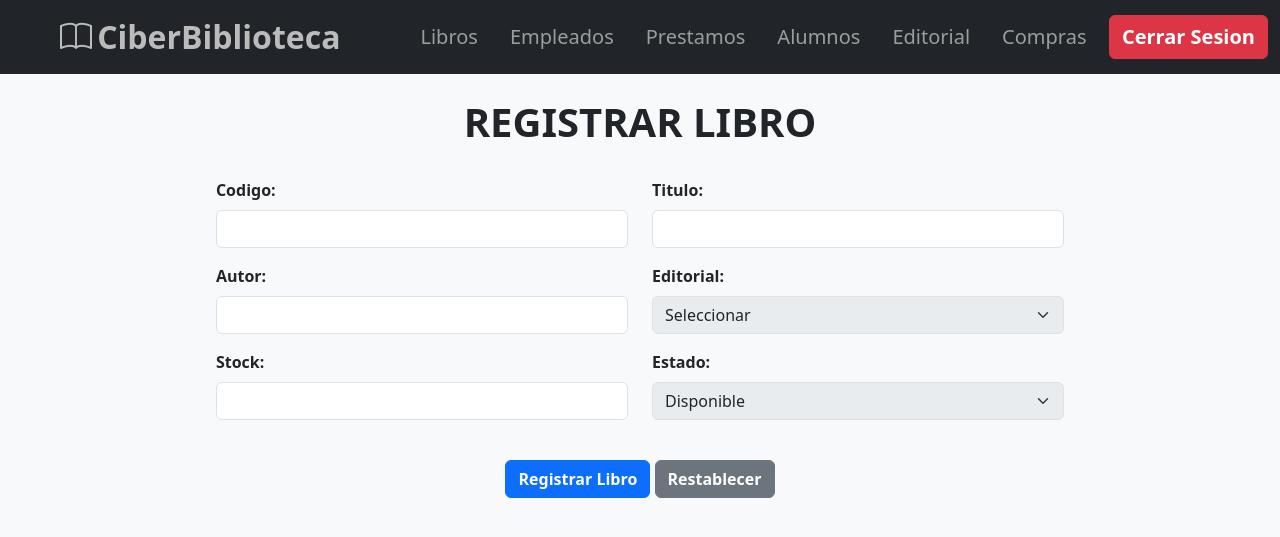
Repository: WilmerOcampo/LP1_Biblioteca
Page: http://localhost/Proyecto/registrarLibro.jsp
An editor plug-in stored every save of this project. The page is shown before and after the next save, followed by the edit.
The browser window is 1280 px wide. The pictures show the whole page.
The page is served by Tomcat 10. Other server files are loaded and not shown.

Above is the page before, as saved 2023-06-01 03:24:40.

### Proyecto/src/main/webapp/registrarLibro.jsp
<%@ page language="java" contentType="text/html; charset=ISO-8859-1"
    pageEncoding="ISO-8859-1"%>
<!DOCTYPE html>
<html>
<head>
<meta charset="ISO-8859-1">
<title>Registrar Libro</title>
<link href="https://cdn.jsdelivr.net/npm/bootstrap@5.3.0-alpha3/dist/css/bootstrap.min.css" rel="stylesheet">
<link rel="stylesheet" href="https://cdn.jsdelivr.net/npm/bootstrap-icons@1.8.1/font/bootstrap-icons.css">
</head>

<body class="bg-light">

    <!-- Inicio del menu -->
      <nav class="navbar navbar-expand-md navbar-dark bg-dark">
        <div class="container-fluid">

        <!-- icono o nombre -->
        <a class="navbar-brand" href="#" style="padding-left: 3rem; padding-right: 3rem;">
            <i class="bi bi-book" style="font-size: 2rem; color:#bbb"></i>
            <span style="font-size: 2rem; color:#bbb"><b>CiberBiblioteca</b></span>
          </a>

        <!-- boton del menu -->
        <button class="navbar-toggler" type="button" data-bs-toggle="collapse" data-bs-target="#menu" aria-controls="navbarSupportedContent" aria-expanded="false" aria-label="Toggle navigation">
            <span class="navbar-toggler-icon"></span>
        </button>

          <!-- elementos del menu colapsable -->
        <div class="collapse navbar-collapse" id="menu">
            <ul class="navbar-nav me-auto" style="font-size: 20px">
                  <li class="nav-item" style="margin:0 0.5rem">
                    <a class="nav-link" href="listaLibros.jsp">Libros</a>
                  </li>
                  <li class="nav-item" style="margin:0 0.5rem">
                    <a class="nav-link" href="listaEmpleados.jsp">Empleados</a>
                  </li>
                  <li class="nav-item" style="margin:0 0.5rem">
                    <a class="nav-link" href="listaPrestamos.jsp">Prestamos</a>
                  </li>
                  <li class="nav-item" style="margin:0 0.5rem">
                    <a class="nav-link" href="listaAlumnos.jsp">Alumnos</a>
                  </li>
                   <li class="nav-item" style="margin:0 0.5rem">
                    <a class="nav-link" href="listaEditorial.jsp">Editorial</a>
                  </li>
                  <li class="nav-item" style="margin:0 0.5rem">
                    <a class="nav-link" href="listaCompras.jsp">Compras</a>
                  </li>
                 </ul>

          <hr class="d-md-none text-white-50">

         <!--boton Informacion -->
          <form class="d-flex">
            <button class="btn btn-danger d-none d-md-inline-block " type="submit" style="font-size: 20px; font-weight:600"><a href="login.jsp" style="text-decoration: none; color: #fff">Cerrar Sesion</a></button>
          </form>
        </div>
        </div>
      </nav>

    <div class="container">
        <br>
        <h1 class="text-center" style="text-transform: uppercase;"><strong>Registrar Libro</strong></h1><br>
        <form style="margin: 0 12%">
            <div class="row mb-3">
                <div class="col-md-6">
                    <label for="codigo" class="form-label"><b>Codigo:</b></label>
                    <input type="text" class="form-control" id="codigo" name="codigo">
                </div>
                <div class="col-md-6">
                    <label for="nombreLibro" class="form-label"><b>Titulo:</b></label>
                    <input type="text" class="form-control" id="nombreLibro" name="nombreLibro">
                </div>
            </div>
            <div class="row mb-3">
                <div class="col-md-6">
                    <label for="autor" class="form-label"><b>Autor:</b></label>
                    <input type="text" class="form-control" id="autor" name="autor">
                </div>
                <div class="col-md-6">
                    <label for="editorial" class="form-label"><b>Editorial:</b></label>
                    <select class="form-select" id="editorial" name="editorial" disabled>
                        <option value="disponible" selected >Seleccionar</option>
                    </select>
                </div>
            </div>
            <div class="row mb-3">
                <div class="col-md-6">
                    <label for="stock" class="form-label"><b>Stock:</b></label>
                    <input type="text" class="form-control" id="stock" name="stock">
                </div>
                <div class="col-md-6">
                    <label for="estado" class="form-label"><b>Estado:</b></label>
                    <select class="form-select" id="estado" name="estado" disabled>
                        <option value="disponible" selected >Disponible</option>
                        <option value="prestado">Prestado</option>
                    </select>
                </div>
            </div>
            <div class="row">
                <div class="col-md-12 text-center">
                    <br><input type="submit" name="Registrar" id="registrar" value="Registrar Libro"
                        class="btn btn-primary" style="font-weight: 600">
                    <input type="reset" name="borrar" id="borrar" value="Restablecer"
                        class="btn btn-secondary" style="font-weight: 600">
                </div>
            </div>
        </form>
    </div>

    <script src="https://cdn.jsdelivr.net/npm/bootstrap@5.3.0-alpha3/dist/js/bootstrap.bundle.min.js"
        integrity="sha384-ENjdO4Dr2bkBIFxQpeoTz1HIcje39Wm4jDKdf19U8gI4ddQ3GYNS7NTKfAdVQSZe"
        crossorigin="anonymous"></script>

</body>
</html>

After the next save:
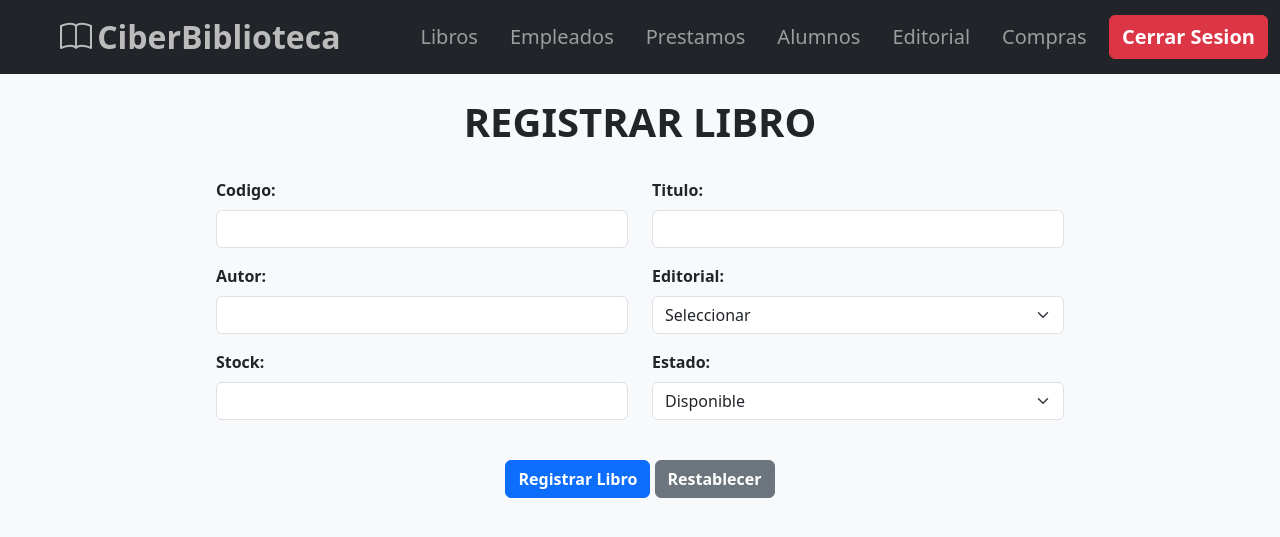
Saved 6 min 44 s later.
--- a/Proyecto/src/main/webapp/registrarLibro.jsp
+++ b/Proyecto/src/main/webapp/registrarLibro.jsp
@@ -65,12 +65,12 @@
         <form style="margin: 0 12%">
             <div class="row mb-3">
                 <div class="col-md-6">
-                    <label for="codigo" class="form-label"><b>Codigo:</b></label>
-                    <input type="text" class="form-control" id="codigo" name="codigo">
+                    <label for="idlibro" class="form-label"><b>Codigo:</b></label>
+                    <input type="text" class="form-control" id="idlibro" name="idlibro">
                 </div>
                 <div class="col-md-6">
-                    <label for="nombreLibro" class="form-label"><b>Titulo:</b></label>
-                    <input type="text" class="form-control" id="nombreLibro" name="nombreLibro">
+                    <label for="titulo" class="form-label"><b>Titulo:</b></label>
+                    <input type="text" class="form-control" id="titulo" name="titulo">
                 </div>
             </div>
             <div class="row mb-3">
@@ -80,7 +80,7 @@
                 </div>
                 <div class="col-md-6">
                     <label for="editorial" class="form-label"><b>Editorial:</b></label>
-                    <select class="form-select" id="editorial" name="editorial" disabled>
+                    <select class="form-select" id="editorial" name="editorial">
                         <option value="disponible" selected >Seleccionar</option>
                     </select>
                 </div>
@@ -92,7 +92,7 @@
                 </div>
                 <div class="col-md-6">
                     <label for="estado" class="form-label"><b>Estado:</b></label>
-                    <select class="form-select" id="estado" name="estado" disabled>
+                    <select class="form-select" id="estado" name="estado">
                         <option value="disponible" selected >Disponible</option>
                         <option value="prestado">Prestado</option>
                     </select>
